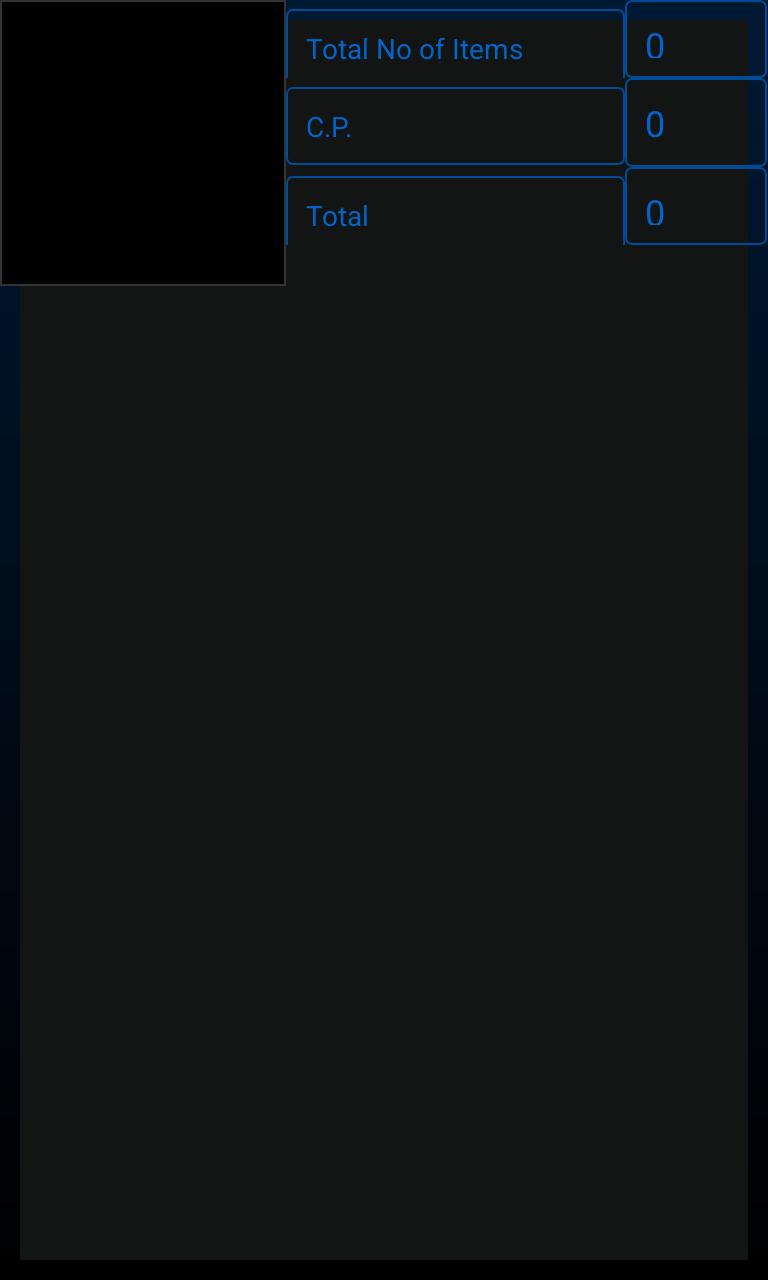
Repository: jasleen1291/B2BMobileApplication
Layout: Mobile E Commerce/B2B/res/layout/order_item.xml
The author's editor kept a copy of each file at every save. The layout is drawn from the files as they stood at one save, then again after the next save.
It is drawn on a 768 x 1280 px phone screen (xhdpi) without system bars, with theme mycustomtheme; the app's code is not run.

Above is the layout before, as saved 2013-05-25 15:34:49.

After the next save:
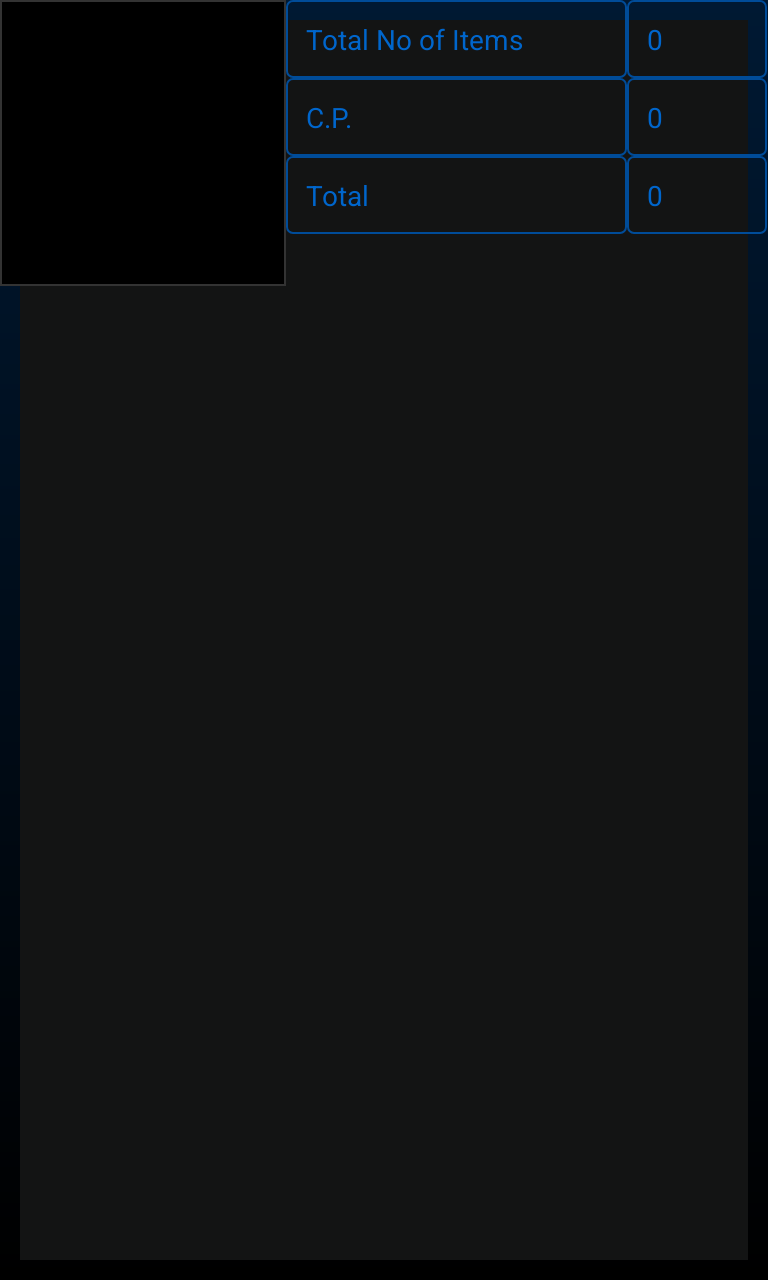
Saved 43 s later.
--- a/Mobile E Commerce/B2B/res/layout/order_item.xml
+++ b/Mobile E Commerce/B2B/res/layout/order_item.xml
@@ -34,7 +34,7 @@
                 android:layout_height="match_parent"
                 android:background="@drawable/textview_border"
                 android:text="@string/zero"
-                android:textAppearance="?android:attr/textAppearanceMedium" />
+                 />
         </TableRow>
 
         <TableRow
@@ -55,7 +55,7 @@
                 android:layout_height="wrap_content"
                 android:background="@drawable/textview_border"
                 android:text="@string/zero"
-                android:textAppearance="?android:attr/textAppearanceMedium" />
+                 />
 
         </TableRow>
 
@@ -76,7 +76,7 @@
                 android:layout_height="match_parent"
                 android:background="@drawable/textview_border"
                 android:text="@string/zero"
-                android:textAppearance="?android:attr/textAppearanceMedium" />
+                 />
         </TableRow>
     </TableLayout>
 
